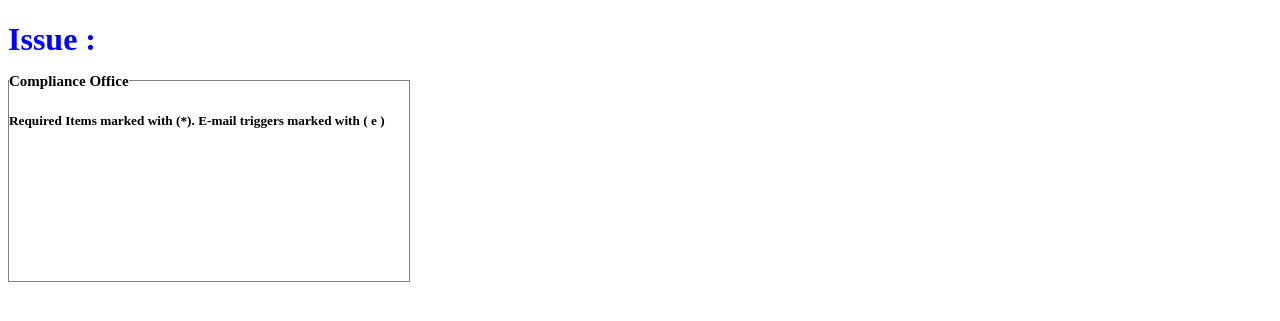
Repository: ManjushaDaram/LibraryPramati
Page: /
The author's editor kept a copy of each file at every save. The page is drawn from the files as they stood at one save, then again after the next save.
The browser window is 1280 px wide. The pictures show the whole page.
The project was rebuilt for these pictures with package versions that can differ from the ones it lists, and the page was loaded fresh each time. Also part of the build but not shown: angular.json.

Above is the page before, as saved 2019-04-17 16:06:04.

After the next save:
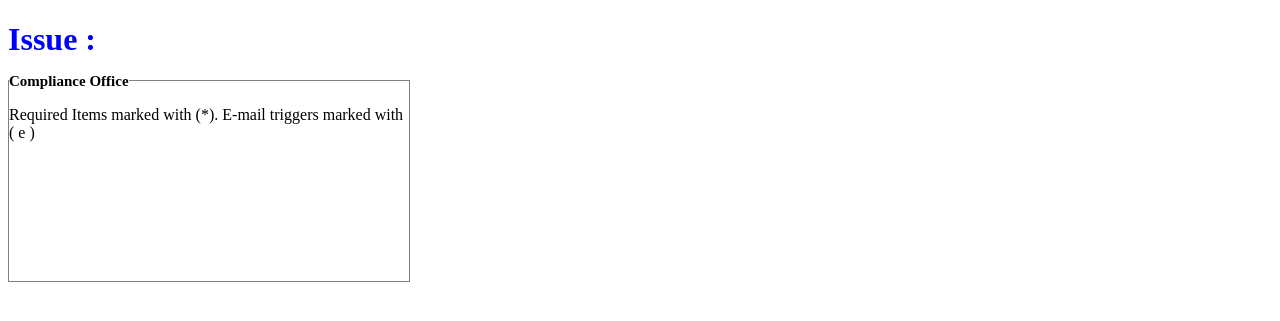
Saved 9 s later.
--- a/src/app/AddIssue/addissue/addissue.component.html
+++ b/src/app/AddIssue/addissue/addissue.component.html
@@ -5,7 +5,7 @@
 <div id="inlineWord">
   <h3><span>Compliance Office</span></h3>
   <div>
-    <h5>Required Items marked with (*). E-mail triggers marked with ( e )</h5>
+    <label>Required Items marked with (*). E-mail triggers marked with ( e )</label>
 
   </div>
 </div>
